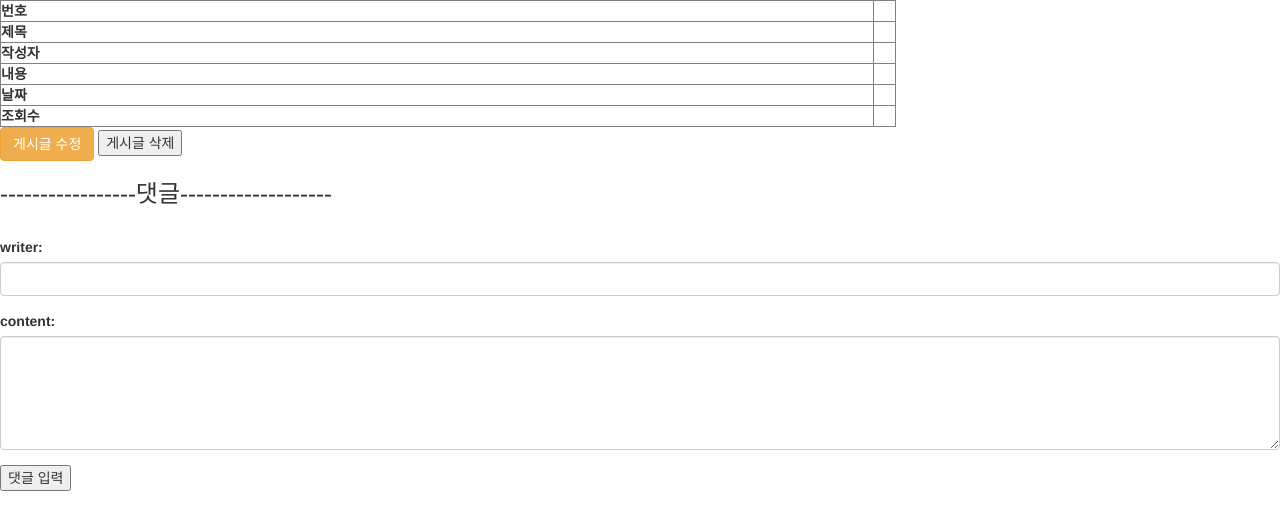
Repository: changyunLee/practice_01
Page: http://localhost/board0513/WEB-INF/views/detail.jsp
These files come from the project's save history. The page is drawn as it stood at one moment and after the next save; the edit follows.
The browser window is 1280 px wide. The pictures show the whole page.
The page is served by Tomcat 9. Nobody is signed in. The template is opened directly, without the code that normally fills it, so the values that code supplies are empty.

Above is the page before, as saved 2021-10-05 03:25:47.

After the next save:
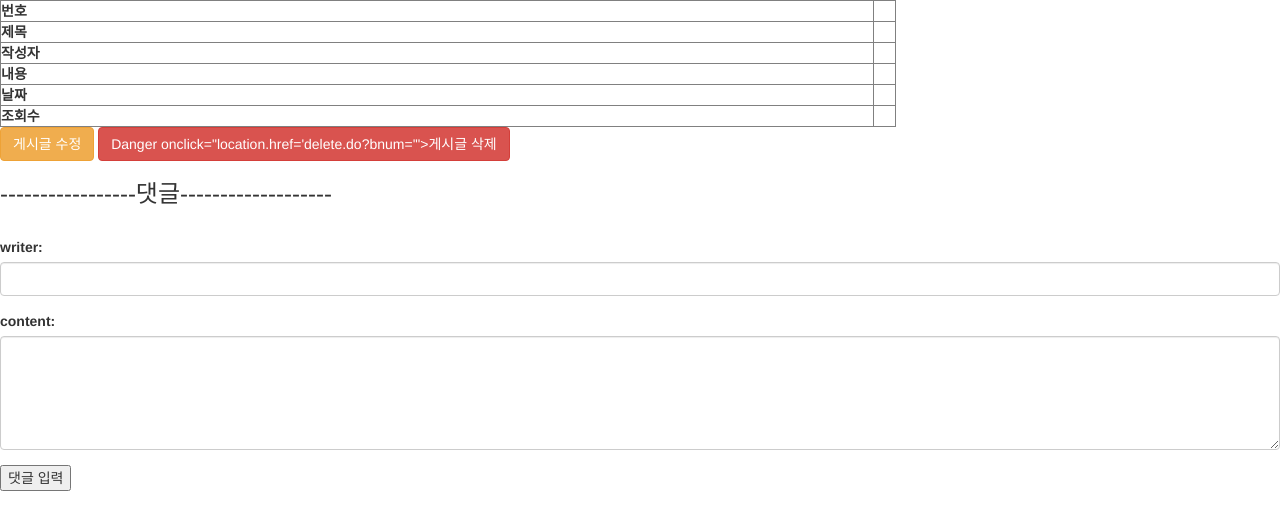
Saved 16 s later.
--- a/SpringMVC_WORK/board0513/src/main/webapp/WEB-INF/views/detail.jsp
+++ b/SpringMVC_WORK/board0513/src/main/webapp/WEB-INF/views/detail.jsp
@@ -72,7 +72,7 @@
 
 	<button type="button" class="btn btn-warning"
 		onclick="location.href='update.do?bnum=${board.bnum}'">게시글 수정</button>
-	<button type="button"
+	<button type="button"  class="btn btn-danger">Danger
 		onclick="location.href='delete.do?bnum=${board.bnum}'">게시글 삭제</button>
 
 	<!-- 댓글  -->
